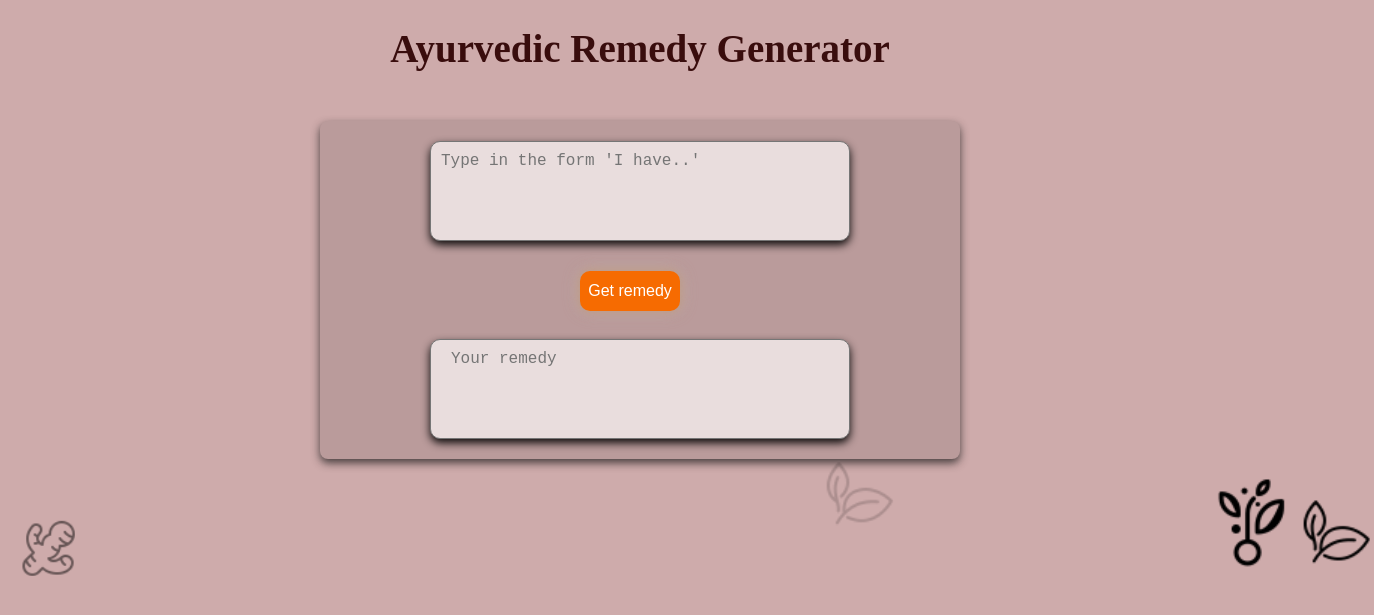
Repository: krutarthh/Ayurvedic-Remedy
Page: index.html
An editor plug-in stored every save of this project. The page is shown before and after the next save, followed by the edit.
The browser window is 1280 px wide. The page is 1374 px wide, so the pictures cover 1374 px, including what lies to the right of the window. The pictures show the whole page.

Above is the page before, as saved 2024-04-10 15:09:10.

### index.html
<!DOCTYPE html>
<html>
<head>
  <script type="importmap">
    {
      "imports": {
        "@google/generative-ai": "https://esm.run/@google/generative-ai"
      }
    }
  </script>
</head>
<body>
  <h1 id="main_title">Ayurvedic Remedy Generator</h1>
  <div class="container">
    <link rel="stylesheet" href="app.css">
    <textarea id="user_input" placeholder="Type in the form 'I have..'" type="container"></textarea>
    <button id="Send" type="container">Get remedy</button>
    <br><br>
    <textarea id="answer" placeholder="Your remedy" type="container"></textarea>


  </div>
  <div class="muzieknootjes">
      <div class="noot-1">
        <img src="images/icons8-ginger-50.png">
      </div>
      <div class="noot-2">
        <img src="images/icons8-ayurveda-64.png">
      </div>
      <div class="noot-3">
        <img src="images/icons8-herb-50.png">
      </div>
      <div class="noot-4">
        <img src="images/icons8-ayurveda-64.png">
        <img src="images/icons8-herb-50.png">
      </div>
    </div>
  <script type="module" src="app.js"></script>
</body>
</html>

### app.css
/* app.css */
body {
    background: #ceabab;
}
.container {

    max-width: 600px;
    margin: 50px auto;
    padding: 20px;
    background-color: #ba9b9b;;
    border-radius: 8px;
    box-shadow: 0 4px 8px rgba(62, 55, 55, 0.931);
}
#user_input,
#answer {
    width: 70%;
    padding: 10px;
    font-size: 16px;
background-color: #e9dddd;
    border-radius: 10px; /* Add border-radius property with a value of 10px */
    box-sizing: border-box;
    resize: none;
    height: 100px;
    margin: 0 auto;
    display: block;
    box-shadow: 0 4px 8px rgba(0, 0, 0, 0.931);
}

#user_input {
    margin-bottom: 10px;
}




#answer {
    padding-left: 20px;
    margin-top: 10px;
}

#main_title {
    text-align: center;
    font-size: 39px;
    color: #390d0d;
    margin-bottom: 20px;
}



.muzieknootjes {
    display: block;
    margin: auto;
    position: relative;
    width: 100%;
    min-width: 200px;
    height: 100px;
    border: 0px solid #947070;
  }

  .noot-1,
  .noot-2,
  .noot-3,
  .noot-4 {
    position: absolute;
    animation: notes 2s infinite linear;
    font-size: 1px;
    opacity: 1;
  }

  .noot-1 {
    top: 30px;
    left: 0;
    animation-delay: 0.5s;
  }

  .noot-2 {
    top: 30px;
    left: 30%;
    animation-delay: 1s;
  }

  .noot-3 {
    top: 30px;
    left: 60%;
    animation-delay: 1.5s;
  }

  .noot-4 {
    top: 30px;
    left: 90%;
    animation-delay: 2s;
  }

  @keyframes notes {
    0% {
      transform: scale(1) translate(0, 0);
      opacity: 0;
    }
    50% {
      opacity: 1;
      transform: scale(1.5) translate(50%, -50%);
    }
    80% {
      opacity: 0;
      transform: scale(1.5) translate(100%, -100%);
    }
    100% {
      transform: scale(1.5) translate(100%, -100%);
      opacity: 0;
    }
  }



  #Send {
    filter: drop-shadow(0 0 1rem var(--purple-300));
    animation: glowing 3s infinite;
    width: 100px;
    height: 40px;
    background-color: #f66b01;
    color: white;
    border: none;
    border-radius: 10px;
    font-size: 16px;
    cursor: pointer;
    margin-left: 40% ;
    margin-top: 20px;
  }

  @keyframes glowing {
    0% {
      box-shadow: 0 0 5px #060606;
    }
    50% {
      box-shadow: 0 0 20px #ac520e, 0 0 40px #cdc9c6;
    }
    100% {
      box-shadow: 0 0 5px #ccc9c7;
    }
  }
    cursor: pointer;
    margin-left: 40% ;
    margin-top: 20px;
  }

  #Send:hover {
    animation: none;
    box-shadow: 0 0 20px #f66b01, 0 0 40px #f66b01;
  }

### app.js
import { GoogleGenerativeAI } from "@google/generative-ai";

// api call to get the model
const API_KEY = "AIzaSyDBtZZsASIYVyQiLgik32sfZeJjd2X8IPQ";


const genAI = new GoogleGenerativeAI(API_KEY);

const model = genAI.getGenerativeModel({ model: "gemini-pro" });

// fetchign the elements
const user_input = document.getElementById("user_input");
const answer_area = document.getElementById("answer");
const send_button = document.getElementById("Send");
// redirect from enter action to the clicking the button.
user_input.addEventListener("keyup", (event) => {
    if (event.key === "Enter") {
        send_button.click();
    }
});

// on click event to get the answer from the model
send_button.addEventListener("click", async () => {
    const question = user_input.value;
    const answer = await generateText(question + "give me a ayurvedic remedy, the answer should be short and specific, behave like a chatbot.");

    const filtered_answer = answer.replace(/\*/g, '');
    const typingSpeed = 28;
    const answerText = filtered_answer;
    let index = 0;
    function typeAnswer() {
        if (index < answerText.length) {
            answer_area.textContent += answerText.charAt(index);
            index++;
            setTimeout(typeAnswer, typingSpeed);
        }
    }

    typeAnswer();
});

// function to get the answer from the model
async function generateText(prompt) {

    const result = await model.generateContent(prompt);
    const response = await result.response;
    const text = await response.text();
    return text;
}

After the next save:
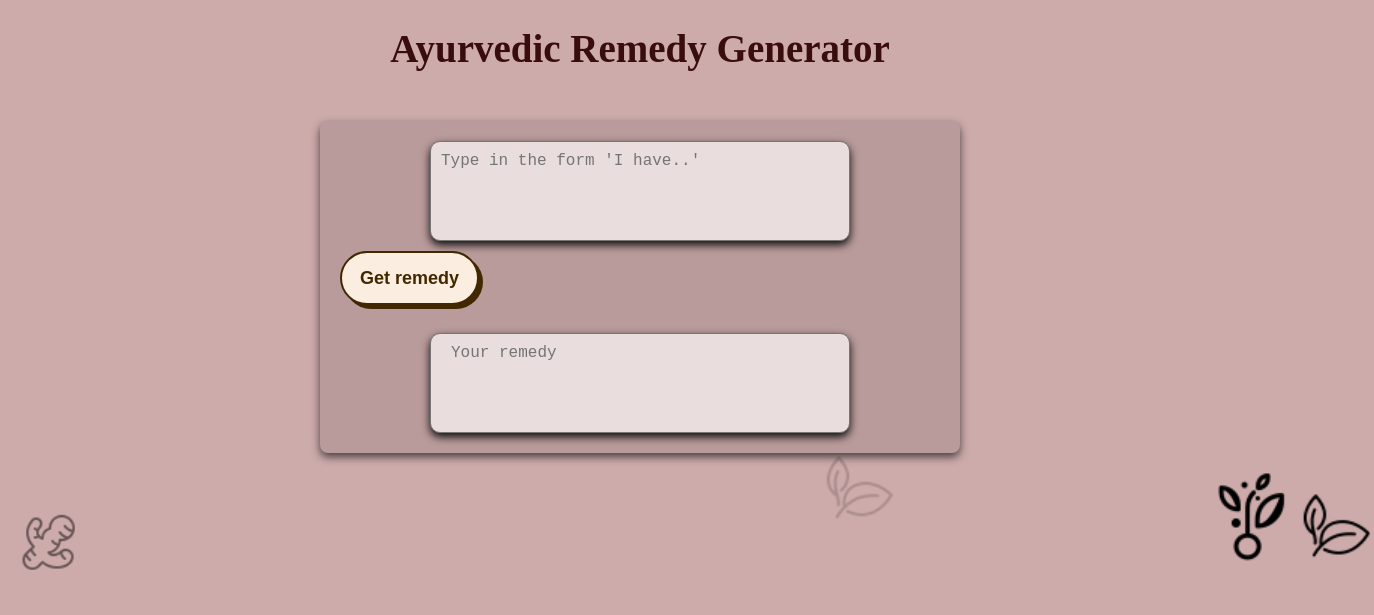
Saved 6 min 51 s later.
--- a/app.css
+++ b/app.css
@@ -112,38 +112,39 @@ background-color: #e9dddd;
 
 
 
+
+  /* CSS */
   #Send {
-    filter: drop-shadow(0 0 1rem var(--purple-300));
-    animation: glowing 3s infinite;
-    width: 100px;
-    height: 40px;
-    background-color: #f66b01;
-    color: white;
-    border: none;
-    border-radius: 10px;
-    font-size: 16px;
+    background-color: #fbeee0;
+    border: 2px solid #422800;
+    border-radius: 30px;
+    box-shadow: #422800 4px 4px 0 0;
+    color: #422800;
     cursor: pointer;
-    margin-left: 40% ;
-    margin-top: 20px;
+    display: inline-block;
+    font-weight: 600;
+    font-size: 18px;
+    padding: 0 18px;
+    line-height: 50px;
+    text-align: center;
+    text-decoration: none;
+    user-select: none;
+    -webkit-user-select: none;
+    touch-action: manipulation;
   }
 
-  @keyframes glowing {
-    0% {
-      box-shadow: 0 0 5px #060606;
-    }
-    50% {
-      box-shadow: 0 0 20px #ac520e, 0 0 40px #cdc9c6;
-    }
-    100% {
-      box-shadow: 0 0 5px #ccc9c7;
+  #Send :hover {
+    background-color: #fff;
+  }
+
+  #Send :active {
+    box-shadow: #422800 2px 2px 0 0;
+    transform: translate(2px, 2px);
+  }
+
+  @media (min-width: 768px) {
+    .button-74 {
+      min-width: 120px;
+      padding: 0 25px;
     }
   }
-    cursor: pointer;
-    margin-left: 40% ;
-    margin-top: 20px;
-  }
-
-  #Send:hover {
-    animation: none;
-    box-shadow: 0 0 20px #f66b01, 0 0 40px #f66b01;
-  }
